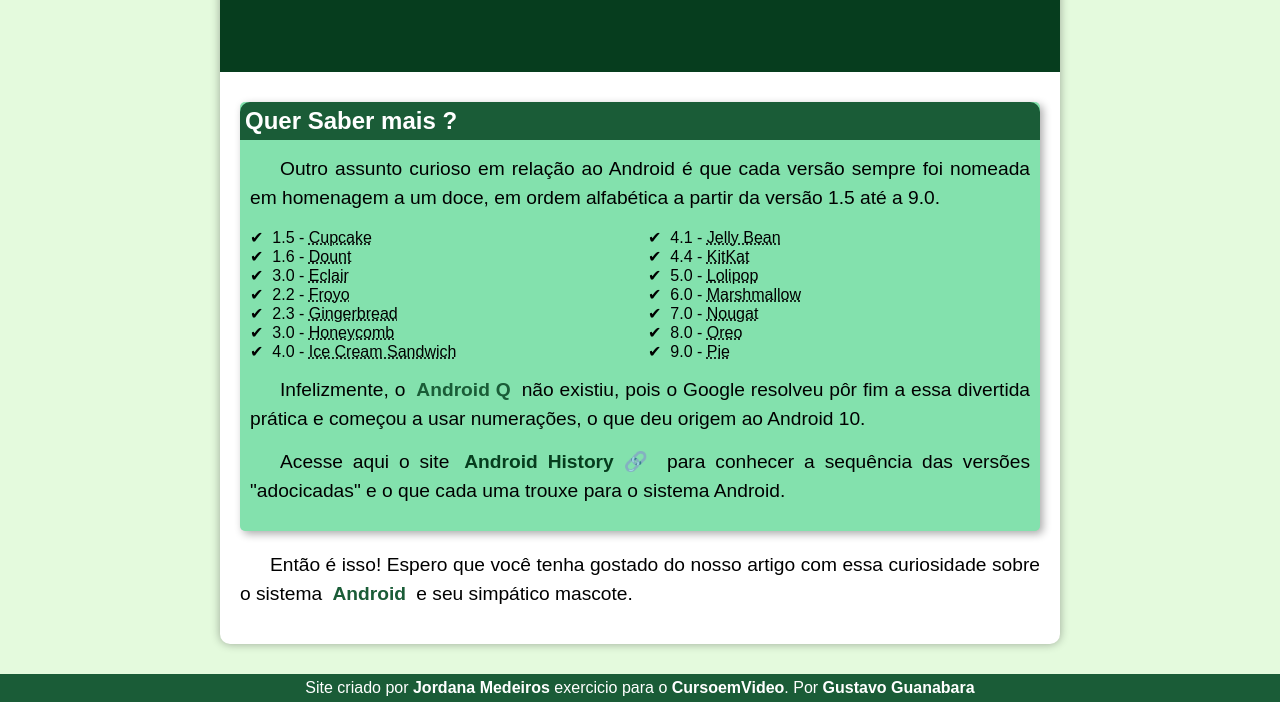
Repository: Iamjordana/html-css
Page: Html Css/Exercicios/Desafios/desafio site/index.html
An editor plug-in stored every save of this project. The page is shown before and after the next save, followed by the edit.
The browser window is 1280 px wide. The pictures show the part of the page from y = 2280 to 2982 px (the page is 2982 px tall before and 2910 px after).

Above is the page before, as saved 2025-04-11 10:01:59.

### Html Css/Exercicios/Desafios/desafio site/index.html
<!DOCTYPE html>
<html lang="pt-br">
<head>
    <meta charset="UTF-8">
    <meta name="viewport" content="width=device-width, initial-scale=1.0">
    <link rel="shortcut icon" href="imagens/favicon.ico" type="image/x-icon">
    <title>Curiosidades de Tecnologia</title>
    <link rel="stylesheet" href="css/style.css">
</head>
<body>
    <header>
        <h1>Curiosidades de Tecnologia</h1>
        <p>Tudo aquilo que você sempre quis saber sobre o mundo Tech, em um único lugar</p>
    </header>
    <nav>
        <a href="#">Home</a>
        <a href="#">Notícias</a>
        <a href="#">Curiosidades</a>
        <a href="#">Fale Conosco</a>
    </nav>
    <main>
        <article>
            <h1>Historia do Mascote do Android</h1>

            <p>Provavelmente você sabe que o sistema operacional <strong>Android</strong>, mantido pelo <strong>Google</strong> é um dos mais utilizados para dispositivos móveis em todo o mundo. Mas tavez você não saiba que o seu simpático mascote tem um nome e uma história muito curiosa? Pois acompanhe esse artigo para aprender muita coisa sobre esse robozinho.</p>

            <h2>Primeira versão</h2>

            <p>A primeira tentativa de criar um mascote surgiu em 2007 e veio de um desenvolvedor chamado <a href="https://androidcommunity.com/dan-morrill-shows-us-the-android-mascot-that-almost-was-20130103/" target="_blank" class="externo">Dan Morrill</a>. Ele conta que abriu o <a href="https://inkscape.org" target="_blank" class="externo">Inkscape</a> (software livre para vetorização de imagens) e criou sua própria versão de robô. O objetivo era apenas personificar o sistema apenas para a a sua equipe, não existia nenhuma solicitação da empresa para a criação de um mascote.</p>

            <picture>
                <source media="(max-width:700px )" srcset="imagens/dan-droids-pq.png" alt="Bugdroid Primeira Versão">
                <img src="imagens/dan-droids.png" alt="Bugdroid Primeira Versão">
            </picture>

            <p>Essa primeira versão bizarra até foi batizada em homenagem ao seu criador: seriam os <strong>Dandroids</strong>.</p>

            <h2>Surge um novo mascote</h2>

            <p>A ideia de ter um mascote foi amadurecendo e a missão foi passada para uma profissional da área. A ilustradora Russa <a href="https://www.irinablok.com/android" target="_blank" class="externo">Irina Blok</a>, também funcionária do Google, ficou com a missão de representar o pequeno robô de uma maneira mais agradável.</p>

            <picture>
                <source media="(max-width:690px )" srcset="imagens/irina-blok-pq.jpg" alt="IrinaBlock">
                <img src="imagens/irina-blok.jpg" alt="IrinaBlock">
            </picture>

            <p>A ideia principal da Irina era representar tudo graficamente com poucos traços e de forma mais chapada. O desenho também deveria gerar identificação rápida com quem o olha. Surgiu então o <strong>Bugdroid</strong>, o novo mascote do Android.</p>

            <img src="imagens/bugdroid.png" class="pequena" alt="Bugdroid">

            <p>A principal inspiração para os traços do novo Bugdroid veio daqueles bonequinhos que ilustram portas de banheiro para indicar o gênero de cada porta. Conta a lenda que a artista estava criando em sua mesa no escritório do Google e olhou para o lado dos banheiros e a identificação foi imediata: simples, limpo, objetivo.</p>
            <div class="video">

                <iframe width="560" height="315" src="https://www.youtube.com/embed/l2UDgpLz20M?si=Tws7c6qFAV55i8Ml" title="YouTube video player" frameborder="0" allow="accelerometer; autoplay; clipboard-write; encrypted-media; gyroscope; picture-in-picture; web-share" referrerpolicy="strict-origin-when-cross-origin" allowfullscreen></iframe>
            </div>

            <aside>
                <h3>Quer Saber mais ?</h3>

                <p>Outro assunto curioso em relação ao Android é que cada versão sempre foi nomeada em homenagem a um doce, em ordem alfabética a partir da versão 1.5 até a 9.0.
                </p>

                <ul>
                    <li>1.5 - <abbr title="Bolo de Copo">Cupcake</abbr></li>
                    <li>1.6 - <abbr title="Rosquinha">Dount</abbr></li>
                    <li>3.0 - <abbr title="Bomba">Eclair</abbr></li>
                    <li>2.2 - <abbr title="Iogurte Congelado">Froyo</abbr></li>
                    <li>2.3 - <abbr title="Biscoite de gengibre">Gingerbread</abbr></li>
                    <li>3.0 - <abbr title="Favo de Mel">Honeycomb</abbr></li>
                    <li>4.0 - <abbr title="Sanduiche de Sorvete">Ice Cream Sandwich</abbr></li>
                    <li>4.1 - <abbr title="Jujuba">Jelly Bean</abbr></li>
                    <li>4.4 - <abbr title="kitKat">KitKat</abbr></li>
                    <li>5.0 - <abbr title="Pirulito">Lolipop</abbr></li>
                    <li>6.0 - <abbr title="Marshmallow">Marshmallow</abbr></li>
                    <li>7.0 - <abbr title="Torrone">Nougat</abbr></li>
                    <li>8.0 - <abbr title="Oreo">Oreo</abbr></li>
                    <li>9.0 - <abbr title="Torta">Pie</abbr></li>
                </ul>

                <p>Infelizmente, o <strong>Android Q</strong> não existiu, pois o Google resolveu pôr fim a essa divertida prática e começou a usar numerações, o que deu origem ao Android 10.</p>

                <p>Acesse aqui o site <a href="https://www.android.com/intl/en_ik/what-is-android/" target="_blank" class="externo">Android History</a> para conhecer a sequência das versões "adocicadas" e o que cada uma trouxe para o sistema Android.</p>

            </aside>
            <p>Então é isso! Espero que você tenha gostado do nosso artigo com essa curiosidade sobre o sistema <strong>Android</strong> e seu simpático mascote.</p>

        </article>
    </main>

    <footer>Site criado por <a href="https://github.com/Iamjordana" target="_blank">Jordana Medeiros</a> exercicio para o <a href="https://www.youtube.com/c/CursoemVídeo" target="_blank">CursoemVideo</a>. Por <a href="https://github.com/gustavoguanabara" target="_blank">Gustavo Guanabara</a></footer>

</body>
<script src="script.js"></script>
</html>

### Html Css/Exercicios/Desafios/desafio site/css/style.css
@charset "UTF-8";

@import url('https://fonts.googleapis.com/css2?family=Bebas+Neue&display=swap');

@font-face {
    font-family: 'Android';
    src: url('../fontes/idroid.otf') format('opentype');
    font-weight: normal;
}

:root {
    --cor0: #e4fadd;
    --cor1: #83e1ad;
    --cor2: #3ddc84;
    --cor3: #2fa866;
    --cor4: #1a5c37;
    --cor5: #063d1e;

    --fonte-padrao: Arial, Verdana, Helvetica, sans-serif;
    --fonte-destaque: 'Bebas Neue', cursive;
    --fonte-android: 'Android', cursive;
}

* {
    margin: 0;
    padding: 0;
}

body {
    font-family: var(--fonte-padrao);
    background-color: var(--cor0);
}

a.externo::after {
    content:'\00A0\1F517';
}

header {
    background-image: linear-gradient(to bottom, var(--cor3), var(--cor5));
    min-height: 150px;
    padding-top: 40px;
    text-align: center;
}

header>h1 {
    font-family: var(--fonte-destaque);
    font-size: 2.5rem;
    color: white;
    text-align: center;
    margin-bottom: 20px;
    text-shadow: 2px 2px 8px rgba(0, 0, 0, 0.678);
}

header > p {
    font-family: var(--fonte-padrao);
    color: white;
    font-size: 1.2em;
    margin-bottom: 20px;
    text-shadow: 2px 2px 8px rgba(0, 0, 0, 0.678);
    max-width: 600px;
    margin: auto;
    padding-left: 10px;
    padding-right: 10px;
}

nav {
    display: flex;
    background-color:#063d1e;
    box-shadow: 0px 7px 7px rgba(0, 0, 0, 0.329);
}

nav > a {
    color: white;
    padding: 10px;
    text-decoration: none;
    font-weight: bold;
    transition-duration:.5s;
}

nav > a:hover {
    background-color: var(--cor3);
    transition: 0.3s;
    color: var(--cor5);
}


main {
    background-color: white;
    min-width: 300px;
    max-width: 800px;
    margin: auto;
    margin-bottom: 30px;
    box-shadow: 0px 0px 10px rgba(0, 0, 0, 0.329);
    border-bottom-left-radius: 10px;
    border-bottom-right-radius: 10px;
    padding: 20px;
}

main p {
    font-family: var(--fonte-padrao);
    font-size: 1.2em;
    margin: 15px 0px 15px 0px;
    line-height: 1.5em;
    text-align: justify;
    text-indent: 30px;
}

main strong{
    color: var(--cor4);
    padding: 2px 5px;
}

main a{
    background-color: var(--cor1);
    color: var(--cor5);
    text-decoration: none;
    font-weight: bold;
    padding: 2px 5px;
}

main a:hover{
    color: var(--cor4);
    transition: 0.3s;
    text-decoration: underline;
}


main h1 {
    font-family: var(--fonte-android);
    font-size: 1.8rem;
    color: var(--cor4);
}

main h2 {
    font-family: var(--fonte-android);
    font-size: 1.5rem;
    color: var(--cor4);
    background-image: linear-gradient(to right , var(--cor1), transparent);
    text-indent: 8px;
}

main img.pequena{
    max-width: 350px;
    display: block;
    margin: auto;
}

main img{
    width: 100%;
}

div.video{
    background-color: var(--cor5);
    margin: 0px -20px 30px -20px;
    padding: 20px;
    padding-bottom: 59%;
    position: relative;
}

div.video iframe{
    position: absolute;
    width: 100%;
    height: 400px;
    border-radius: 10px;

}

aside{
    background-color: var(--cor1);
    padding: 10px;
    margin: 20px 0px 20px 0px;
    box-shadow: 3px 3px 8px rgba(0, 0, 0, 0.329);
    border-radius: 5px;
}

aside h3{
    font-size: 1.5rem;
    color:white;
    background-color: var(--cor4);
    padding: 5px;
    margin: -10px -10px 10px -10px;
    border-radius: 10px 10px 0px 0px;
}

aside > ul{
    list-style-type:'\2714\00A0\00A0';
    list-style-position: inside;
    padding: 0px;
    columns: 2;
}

footer{
    background-color: var(--cor4);
    color: white;
    text-align: center;
    padding: 5px;
}

footer a{
    color: white;
    text-decoration: none;
    font-weight: bold;
    transition-duration:.5s;
}

footer a:hover{
    color: var(--cor1);
    transition: 0.3s;
    text-decoration: underline;
}

Loaded but not shown: Html Css/Exercicios/Desafios/desafio site/script.js (no stored copy; drawn as an empty file)

After the next save:
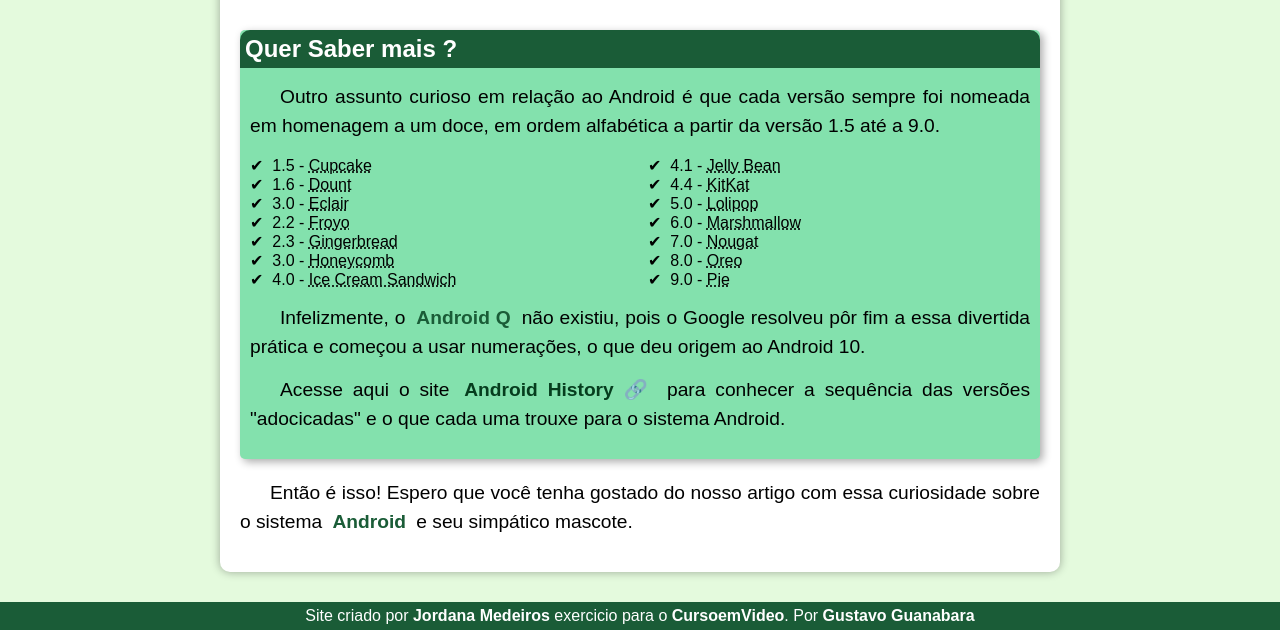
Saved 4 s later.
--- a/Html Css/Exercicios/Desafios/desafio site/css/style.css
+++ b/Html Css/Exercicios/Desafios/desafio site/css/style.css
@@ -153,7 +153,7 @@
     background-color: var(--cor5);
     margin: 0px -20px 30px -20px;
     padding: 20px;
-    padding-bottom: 59%;
+    padding-bottom: 50%;
     position: relative;
 }
 
